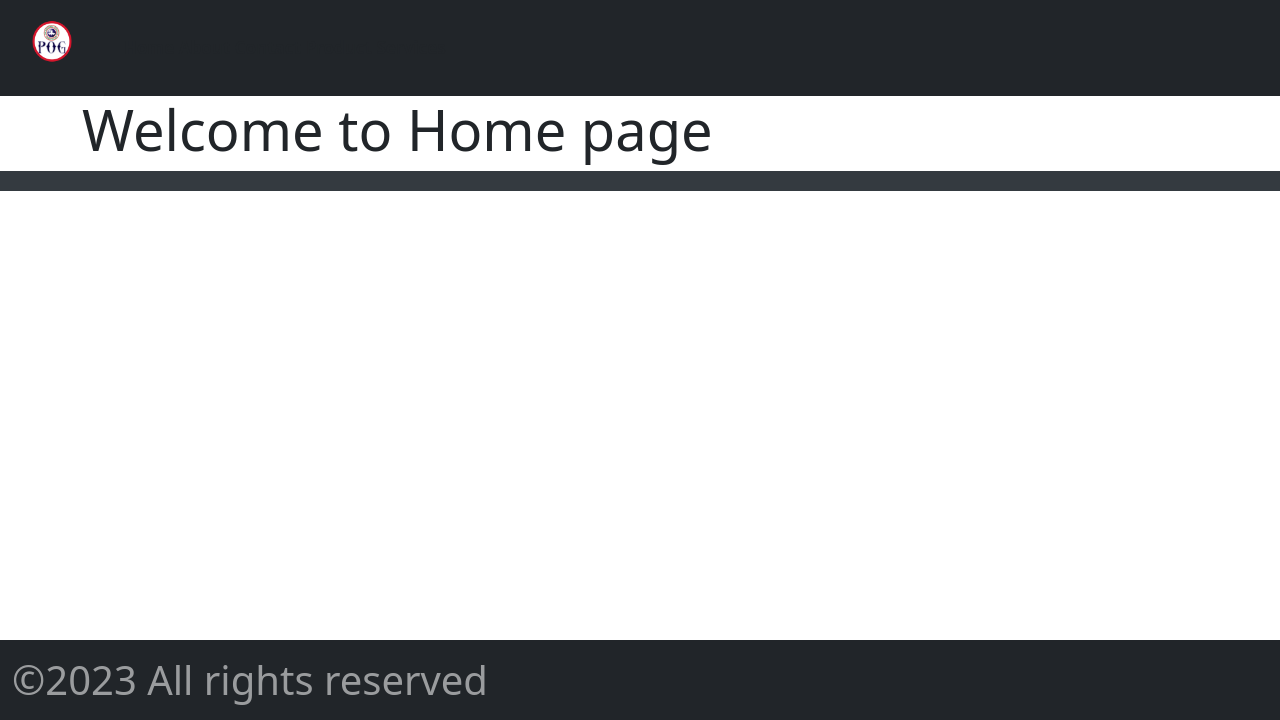
Repository: VuNhatDinhLe/test
Page: http://localhost/
The author's editor kept a copy of each file at every save. The page is drawn from the files as they stood at one save, then again after the next save.
The browser window is 1280 px wide. The pictures show the whole page.
Some icons come from a web library that is not loaded, so they are not drawn. The page is served by the project's Node server (server.js). Other server files are loaded and not shown.

Above is the page before, as saved 2023-05-24 23:25:53.

### WEEK3DEMO/app/views/index.ejs
<%- include partials/header.ejs %>
<%- include partials/main_nav.ejs %>


<main class="container">
  <div class="jumbotron">
    <h1 class="display-4">Welcome to <%= title %> page</h1>
    </div>
    </main>
    <!--bottom nav-->


      <!--script section-->
      <%- include partials/bottom_nav.ejs %>
      <%- include partials/footer.ejs %>

### WEEK3DEMO/app/views/partials/header.ejs
<!DOCTYPE html>
<html lang="en">
<head>
    <meta charset="UTF-8">
    <meta http-equiv="X-UA-Compatible" content="IE=edge">
    <meta name="viewport" content="width=device-width, initial-scale=1.0">
    <title><%= title %></title>
    <link rel="stylesheet" href="style.css"/>
    <link rel="stylesheet" href="/bootstrap/dist/css/bootstrap.min.css"/>
    <link rel="stylesheet" href="/@fortawesome/fontawesome-free/css/all.min.css"/>

        <style>
        ul.navbar-max {
            list-style: none; /* Remove the bullet */
            display: inline; /* Display the list items inline */
            float:right;
            font-size:17px

        }

        ul.navbar-max li {
            display: inline-block; /* Make the list items display inline */
        }
        a:link {
    text-decoration: none;
}


a:visited {
    text-decoration: none;
}


a:hover {
    text-decoration: none;
}


a:active {
    text-decoration: none;
}
html,
body {
  height: 100%;
  margin: 0;
}

body {
  display: flex;
  flex-direction: column;
}

main {
  flex: 1;
}



 footer {
            background-color: #343a40;
            color: #ffffff;
            padding: 10px;
        }

        footer .navbar-text {
            margin-bottom: 0;
        }


    </style>
</head>
<body>

### WEEK3DEMO/app/views/partials/main_nav.ejs
<!--Main Navigation-->
    <nav class="navbar navbar-expand-lg navbar-dark bg-dark">
  <div class="container-fluid">


    <!--<a class="navbar-brand" href="#">COMP229</a>-->
    <!--<button class="navbar-toggler" type="button" data-toggle="collapse" data-target="#navbarSupportedContent" aria-controls="navbarSupportedContent" aria-expanded="false" aria-label="Toggle navigation">
      <span class="navbar-toggler-icon"></span>
    </button>-->
    <img src="/img/logo.png" alt="logo" style: width="80px"; height="80px">
    <div class="collapse navbar-collapse" id="navbarSupportedContent">

      <b>
        <ul class="navbar-max mr-auto mb-2 mb-lg-0" >
          <% if (title=="Home"){ %>
        <li class="nav-item active">
          <% } else { %>
            <li class="nav-item">
              <% } %>
          <a class="nav-link"  href="/"><i class="fas fa-lg fa-laptop-house"></i>Home</a>
        </li>
         <% if (title=="About"){ %>
        <li class="nav-item active">
          <% } else { %>
            <li class="nav-item">
              <% } %>
          <a class="nav-link"  href="/about"><i class="fa-solid fa-address-card"></i>About</a>
        </li>
        <% if (title=="Contact"){%>
          <li class="nav-item active">
          <% } else { %>
        <li class="nav-item">
          <% } %>
          <a class="nav-link"  href="/contact"><i class="fa-solid fa-address-book"></i>Contact</a>
        </li>
         <% if (title=="Product"){%>
          <li class="nav-item active">
          <% } else { %>
        <li class="nav-item">
          <% } %>
          <a class="nav-link"  href="/products"><i class="fa-brands fa-product-hunt"></i>Product</a>
        </li>
         <% if (title=="Services"){%>
          <li class="nav-item active">
          <% } else { %>
        <li class="nav-item">
          <% } %>
          <a class="nav-link"  href="/services"><i class="fa-brands fa-servicestack"></i>Services</a>
        </li>
        </ul>
    </div>
  </div>
</nav>

### WEEK3DEMO/app/views/partials/bottom_nav.ejs
 <footer>
      <nav class="navbar fixed-bottom navbar-dark bg-dark">
   <div class="container-fluid">
    <h6 class="display-6 navbar-text">&copy;2023 All rights reserved</h6>
    </div>
    </nav>
  </div>
</nav>
      </footer>

### WEEK3DEMO/app/views/partials/footer.ejs
 <script src="/jquery/dist/jquery.min.js"></script>
    <script src="/bootstrap/dist/js/bootstrap.min.js"></script>
</body>

</html>

### WEEK3DEMO/server.js
process.env.NODE_ENV = process.env.NODE_ENV || 'development';
var express = require('./config/express');
var app = express();
app.listen(5000);
module.exports = app;

console.log('Server running at http://localhost:5000/');

### WEEK3DEMO/app/routes/index.server.routes.js
var express = require('express');
var router = express.Router();

/* GET home page. */
router.get('/', function(req, res, next) {
  res.render('index', { title: 'Home' });
});

router.get('/about', function(req, res, next) {
  res.render('index', { title: 'About' });
});
router.get('/products', function(req, res, next) {
  res.render('index', { title: 'Products' });
});
router.get('/contact', function(req, res, next) {
  res.render('index', { title: 'Contact' });
});
router.get('/services', function(req, res, next) {
  res.render('index', { title: 'Services' });
});

module.exports = router;

### WEEK3DEMO/public/Content/Style.css
a:link {
    text-decoration: none;
}


a:visited {
    text-decoration: none;
}


a:hover {
    text-decoration: none;
}


a:active {
    text-decoration: none;
}

ul {
    list-style-type: none;
}

After the next save:
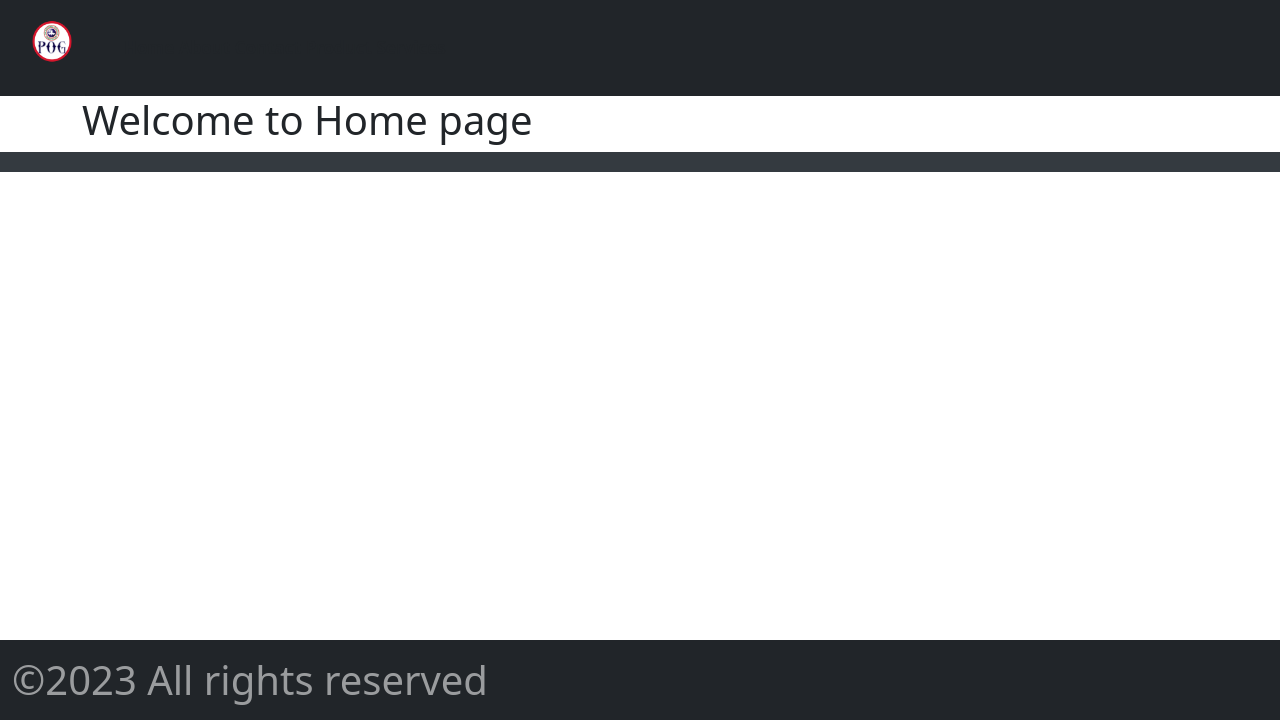
Saved 6 s later.
--- a/WEEK3DEMO/app/views/index.ejs
+++ b/WEEK3DEMO/app/views/index.ejs
@@ -4,7 +4,7 @@
 
 <main class="container">
   <div class="jumbotron">
-    <h1 class="display-4">Welcome to <%= title %> page</h1>
+    <h1>Welcome to <%= title %> page</h1>
     </div>
     </main>
     <!--bottom nav-->

After the save that followed:
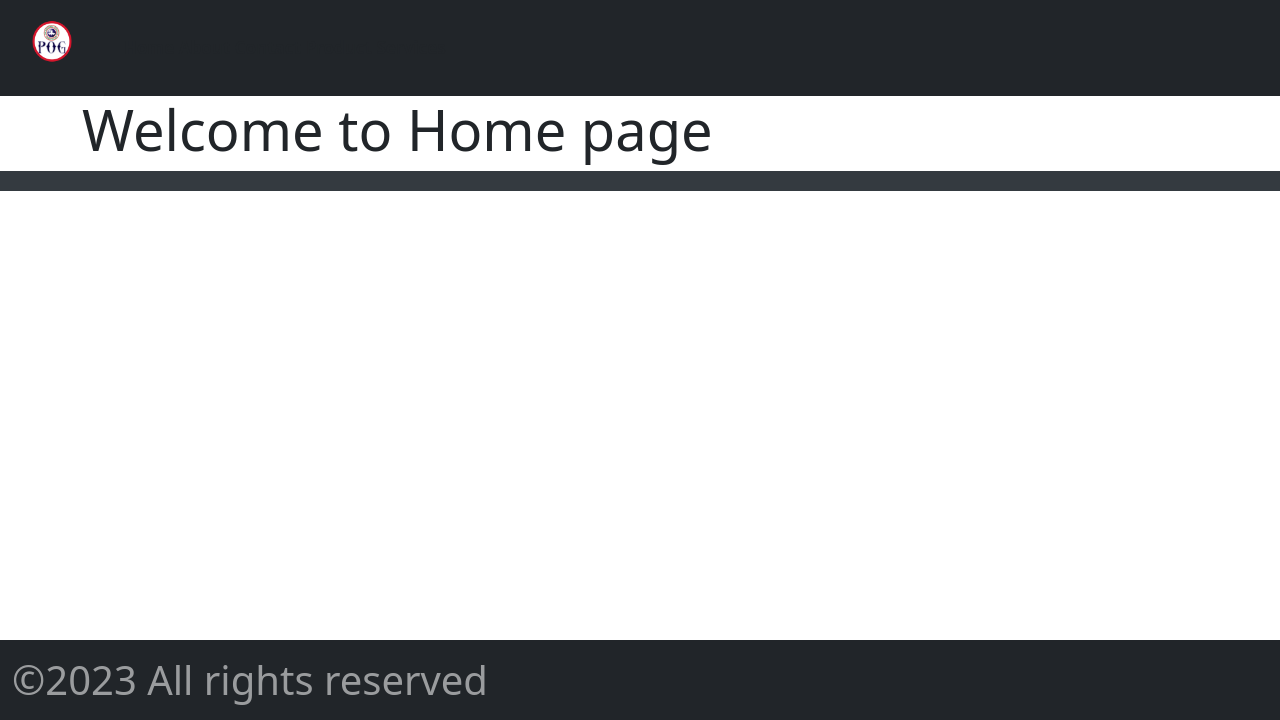
Saved 18 s later.
--- a/WEEK3DEMO/app/views/index.ejs
+++ b/WEEK3DEMO/app/views/index.ejs
@@ -4,7 +4,7 @@
 
 <main class="container">
   <div class="jumbotron">
-    <h1>Welcome to <%= title %> page</h1>
+    <h1 class="display-4">Welcome to <%= title %> page</h1>
     </div>
     </main>
     <!--bottom nav-->
